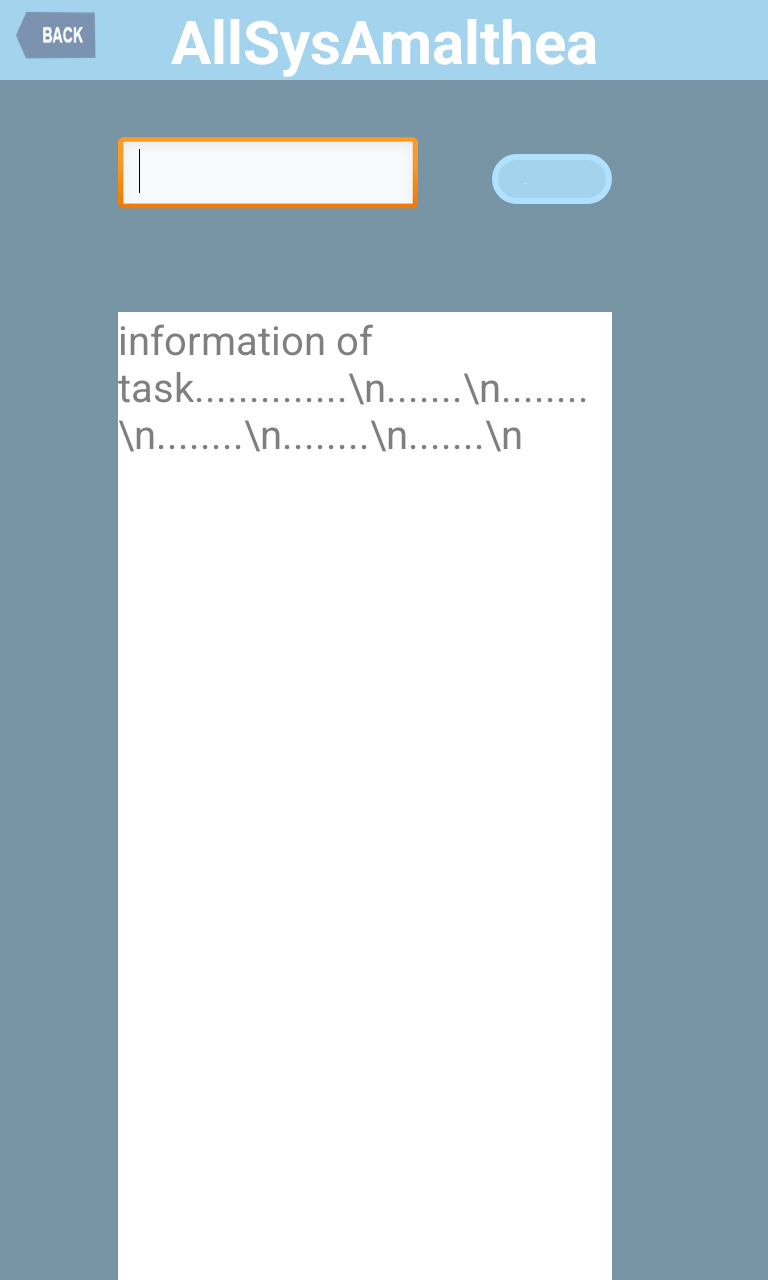
Repository: AllSysAmalthea/AllSys
Layout: APP/AppUI code/代码/Allsys/res/layout/activity_search.xml
These files come from the project's save history. The layout is drawn as it stood at one moment and after the next save; the edit follows.
It is drawn on a 768 x 1280 px phone screen (xhdpi) without system bars, with theme android:Theme.NoTitleBar; the app's code is not run.

Above is the layout before, as saved 2015-06-08 02:45:50.

### APP/AppUI code/代码/Allsys/res/layout/activity_search.xml
<RelativeLayout xmlns:android="http://schemas.android.com/apk/res/android"
    xmlns:tools="http://schemas.android.com/tools"
    android:layout_width="match_parent"
    android:layout_height="wrap_content"
    android:layout_gravity="center_horizontal"
    android:background="@drawable/back"
    android:gravity="top"
    tools:context=".VoluteerAvtivity" >

    <AbsoluteLayout
        android:id="@+id/linearLayout1"
        android:layout_width="fill_parent"
        android:layout_height="wrap_content"
        android:orientation="horizontal" >

        <TextView
            android:id="@+id/header_text"
            android:layout_width="fill_parent"
            android:layout_height="80px"
            android:layout_x="0px"
            android:layout_y="0px"
            android:background="#A4D3EE"
            android:gravity="center"
            android:singleLine="true"
            android:text="AllSysAmalthea"
            android:textColor="#ffffff"
            android:textSize="30sp"
            android:textStyle="bold" />

        <ImageButton
            android:id="@+id/exit"
            android:layout_width="80px"
            android:layout_height="80px"
            android:layout_x="8dp"
            android:layout_y="-4dp"
            android:background="@drawable/pic2" />

        <ImageButton
            android:id="@+id/user"
            android:layout_width="100px"
            android:layout_height="100px"
            android:layout_x="492dp"
            android:layout_y="-11dp"
            android:background="@drawable/user" />

    </AbsoluteLayout>

    <TextView
        android:id="@+id/searchresult"
        android:layout_width="400dp"
        android:layout_height="600dp"
        android:layout_alignLeft="@+id/searchContent"
        android:layout_alignRight="@+id/Search"
        android:layout_below="@+id/searchContent"
        android:layout_marginTop="48dp"
        android:background="#ffffff"
        android:lineSpacingMultiplier="1.0"
        android:lines="10"
        android:text="information of task..............\n.......\n........\n........\n........\n.......\n"
        android:textColor="#7f7f7f"
        android:textSize="20sp" />

    <EditText
        android:id="@+id/searchContent"
        android:layout_width="300px"
        android:layout_height="80px"
        android:layout_alignParentLeft="true"
        android:layout_below="@+id/linearLayout1"
        android:layout_marginLeft="59dp"
        android:layout_marginTop="28dp"
        android:ems="10"
        android:textSize="26sp" >

        <requestFocus />
    </EditText>

    <Button
        android:id="@+id/Search"
        android:layout_width="120px"
        android:layout_height="50px"
        android:layout_alignBaseline="@+id/searchContent"
        android:layout_alignBottom="@+id/searchContent"
        android:layout_marginLeft="37dp"
        android:layout_toRightOf="@+id/searchContent"
        android:background="@drawable/shape3"
        android:text="Search"
        android:textColor="#ffffff"
        android:textSize="14sp" />

</RelativeLayout>

### APP/AppUI code/代码/Allsys/res/drawable-mdpi/shape3.xml
<?xml version="1.0" encoding="utf-8"?>
<shape xmlns:android="http://schemas.android.com/apk/res/android"
    android:shape="rectangle" >

    <!-- 填充的颜色：这里设置背景透明 -->
    <solid android:color="#A4D3EE" />
    <!-- 边框的颜色 ：不能和窗口背景色一样-->
    <stroke
        android:width="3dp"
        android:color="#B0E2FF" />
    <!-- 设置按钮的四个角为弧形 -->
    <!-- android:radius 弧形的半径 -->
    <corners android:radius="15dip" />

    <!-- padding：Button里面的文字与Button边界的间隔 -->
    <padding
        android:bottom="10dp"
        android:left="10dp"
        android:right="10dp"
        android:top="10dp" />

</shape>

After the next save:
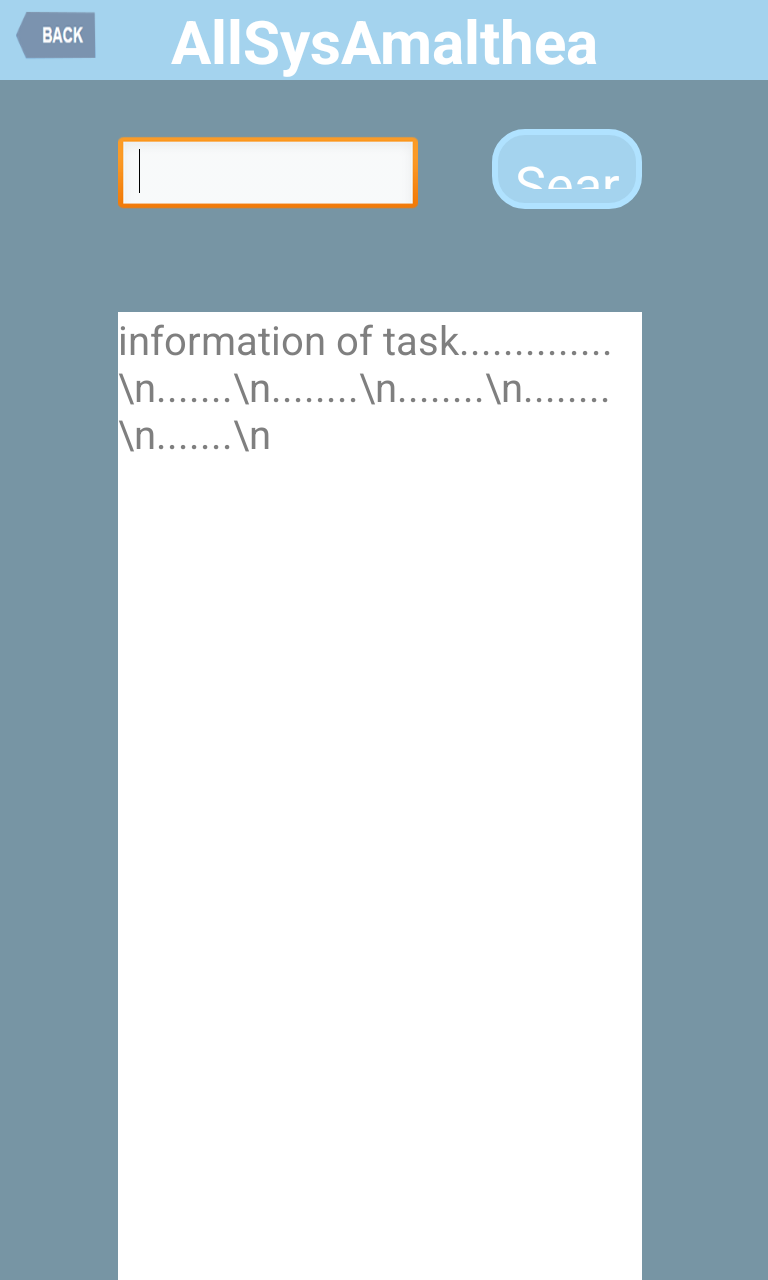
Saved 25 s later.
--- a/APP/AppUI code/代码/Allsys/res/layout/activity_search.xml
+++ b/APP/AppUI code/代码/Allsys/res/layout/activity_search.xml
@@ -76,8 +76,8 @@
 
     <Button
         android:id="@+id/Search"
-        android:layout_width="120px"
-        android:layout_height="50px"
+        android:layout_width="150px"
+        android:layout_height="80px"
         android:layout_alignBaseline="@+id/searchContent"
         android:layout_alignBottom="@+id/searchContent"
         android:layout_marginLeft="37dp"
@@ -85,6 +85,6 @@
         android:background="@drawable/shape3"
         android:text="Search"
         android:textColor="#ffffff"
-        android:textSize="14sp" />
+        android:textSize="26sp" />
 
 </RelativeLayout>
